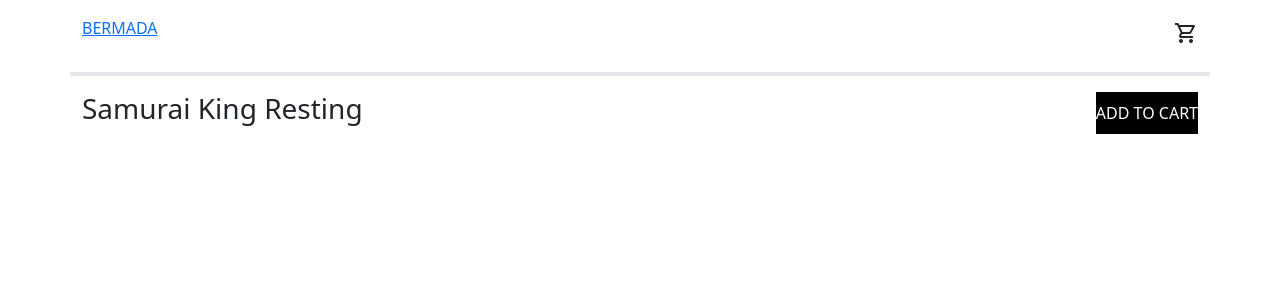
Repository: latenightsnacc/cra-template-html
Page: index.html
The author's editor kept a copy of each file at every save. The page is drawn from the files as they stood at one save, then again after the next save.
The browser window is 1280 px wide. The pictures show the whole page.
Some web libraries are served in a nearby version.

Above is the page before, as saved 2021-04-21 16:11:08.

### index.html
<!DOCTYPE html>
<html lang="en">
<head>
    <meta charset="UTF-8">
    <meta http-equiv="X-UA-Compatible" content="IE=edge">
    <meta name="viewport" content="width=device-width, initial-scale=1.0">
    <!--Tailwind Css-->
    <link href="https://unpkg.com/tailwindcss@^2/dist/tailwind.min.css" rel="stylesheet">
    <!--Bootstrap CSS-->
    <link href="https://cdn.jsdelivr.net/npm/bootstrap@5.0.0-beta3/dist/css/bootstrap.min.css" rel="stylesheet" integrity="sha384-eOJMYsd53ii+scO/bJGFsiCZc+5NDVN2yr8+0RDqr0Ql0h+rP48ckxlpbzKgwra6" crossorigin="anonymous">
    <!--Font Awesome CDN-->
    <link href="https://cdnjs.cloudflare.com/ajax/libs/font-awesome/5.13.0/css/all.min.css" rel="stylesheet">
    <link href="https://fonts.googleapis.com/css?family=Material+Icons|Material+Icons+Outlined|Material+Icons+Two+Tone|Material+Icons+Round|Material+Icons+Sharp" rel="stylesheet">
    <!--Page Title-->
    <title>CRA-TEMPLATE</title>
</head>
<body>
    <main class="wrapper">

        <!--Navbar-->
        <nav class="bg-white ">
            <div class="container border-b-4 border-b-gray-300 ">
                <div class="flex flex-row justify-between py-3 ">
                    <a href="index.html">
                        <p>BERMADA</p>
                    </a>
                    <button>
                        <span class="material-icons-outlined">
                            shopping_cart
                            </span>
                    </button>
                </div>
            </div>
        </nav>
        <!--End of Navbar-->

        <!--PHOTO OF THE DAY-->
        <div class="container">
            <div class="flex flex-row justify-between py-3">
                <!--Photo Title-->
                <h3 class="capitalize">samurai king resting</h3>
                <!--Add To Cart Button-->
                <button class="bg-black text-white uppercase">add to cart</button>
            </div>
        </div>
        <!--END OF PHOTO OF THE DAY-->
    </main>
    <!--bootstrap JS-->
    <script src="https://cdn.jsdelivr.net/npm/bootstrap@5.0.0-beta3/dist/js/bootstrap.bundle.min.js" integrity="sha384-JEW9xMcG8R+pH31jmWH6WWP0WintQrMb4s7ZOdauHnUtxwoG2vI5DkLtS3qm9Ekf" crossorigin="anonymous"></script>
</body>
</html>

After the next save:
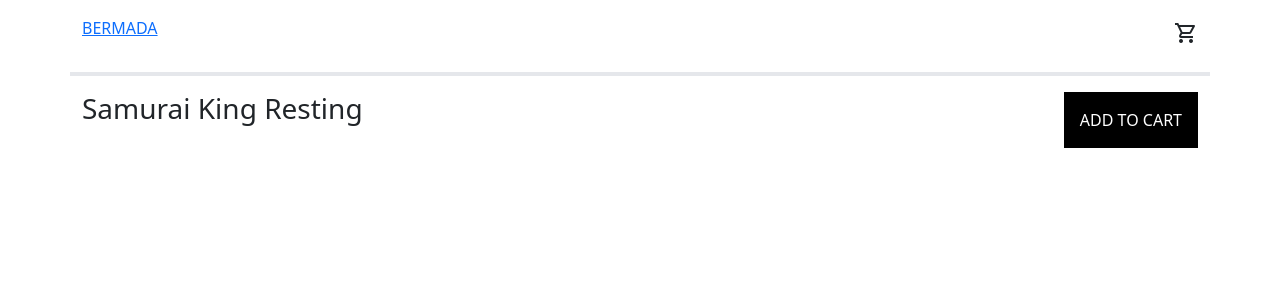
Saved 15 s later.
--- a/index.html
+++ b/index.html
@@ -40,7 +40,7 @@
                 <!--Photo Title-->
                 <h3 class="capitalize">samurai king resting</h3>
                 <!--Add To Cart Button-->
-                <button class="bg-black text-white uppercase">add to cart</button>
+                <button class="bg-black text-white uppercase p-3">add to cart</button>
             </div>
         </div>
         <!--END OF PHOTO OF THE DAY-->
